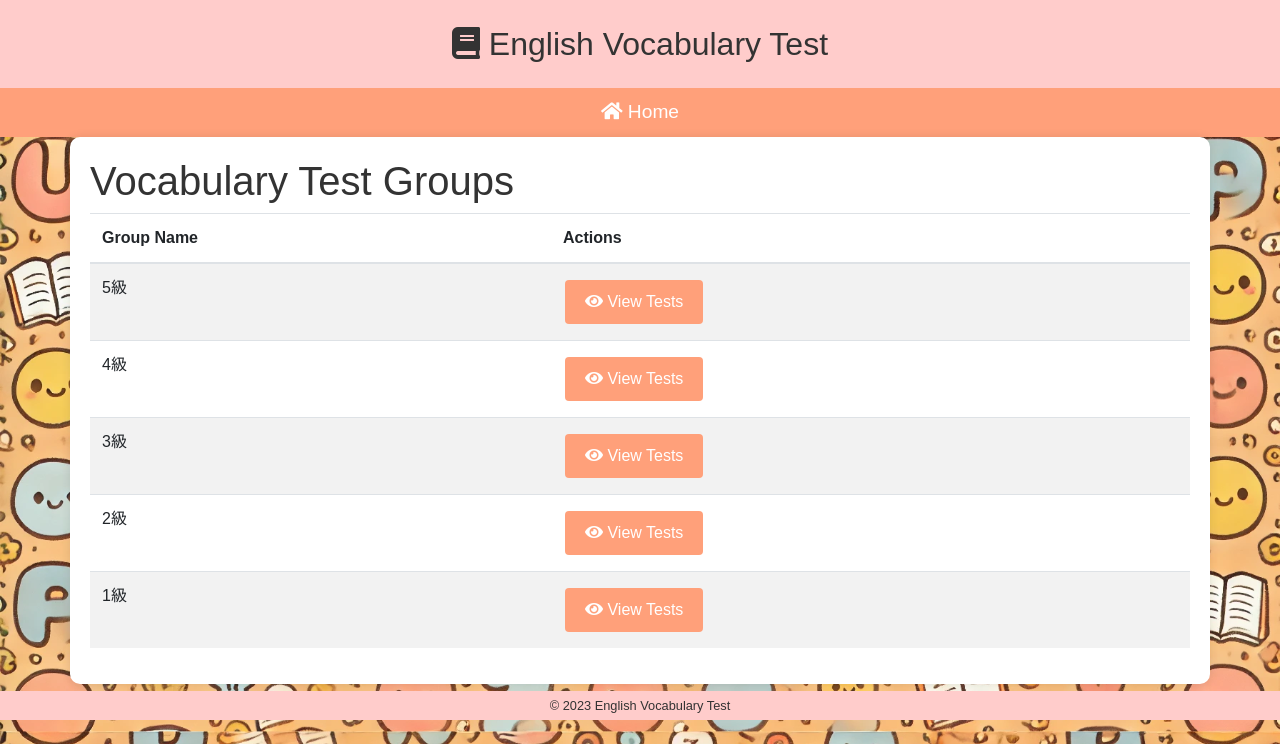
Repository: YamatoGH/testapp
Page: http://localhost/
The author's editor kept a copy of each file at every save. The page is drawn from the files as they stood at one save, then again after the next save.
The browser window is 1280 px wide. The pictures show the whole page.
Backgrounds fixed to the window are drawn as part of the page. The page is served by the project's application, run on Django 5.2 (manage.py). Other server files are loaded and not shown. The page reads the database file committed with the project.

Above is the page before, as saved 2024-07-21 11:04:33.

### testapp/templates/testapp/home.html
{% extends "testapp/base.html" %}

{% block title %}Home{% endblock %}

{% block content %}
<h1>Vocabulary Test Groups</h1>
<table class="table table-striped table-hover">
    <thead>
        <tr>
            <th>Group Name</th>
            <th>Actions</th>
        </tr>
    </thead>
    <tbody>
        {% for group in groups %}
        <tr>
            <td>{{ group.name }}</td>
            <td><a href="{% url 'group_tests' group.id %}" class="btn btn-custom"><i class="fas fa-eye"></i> View Tests</a></td>
        </tr>
        {% endfor %}
    </tbody>
</table>
{% endblock %}

<div class="fixed-buttons">
    <!-- すべてのテストを表示するボタン -->
    <a href="{% url 'all_tests' %}" class="btn btn-custom all-tests-button"><i class="fas fa-list"></i> View All Tests</a>

    <!-- すべての生徒を表示するボタン -->
    <a href="{% url 'student_list' %}" class="btn btn-custom view-all-students-button"><i class="fas fa-users"></i> View All Students</a>

    <!-- 新しいテストを作成するボタン -->
    <a href="{% url 'create_test' %}" class="btn btn-custom create-test-button"><i class="fas fa-plus"></i> Create New Test</a>
</div>

### testapp/templates/testapp/base.html
<!DOCTYPE html>
<html>
<head>
    {% load static %}
    <title>{% block title %}English Vocabulary Test{% endblock %}</title>
    <link rel="stylesheet" href="https://stackpath.bootstrapcdn.com/bootstrap/4.3.1/css/bootstrap.min.css">
    <link rel="stylesheet" href="https://cdnjs.cloudflare.com/ajax/libs/font-awesome/5.15.3/css/all.min.css">
    <link rel="stylesheet" type="text/css" href="{% static 'testapp/css/style.css' %}">
</head>
<body>
    <header>
        <i class="fas fa-book"></i> English Vocabulary Test
    </header>
    <nav>
        <a href="{% url 'home' %}"><i class="fas fa-home"></i> Home</a>
    </nav>
    <div class="container">
        {% block content %}{% endblock %}
    </div>
    <footer>
        &copy; 2023 English Vocabulary Test
    </footer>
</body>
<script>
    document.addEventListener("DOMContentLoaded", function() {
        var coll = document.getElementsByClassName("collapsible");
        for (var i = 0; i < coll.length; i++) {
            coll[i].addEventListener("click", function() {
                this.classList.toggle("active");
                var content = this.nextElementSibling;
                if (content.style.display === "block") {
                    content.style.display = "none";
                } else {
                    content.style.display = "block";
                }
            });
        }
    });
</script>
</html>

### testapp/models.py
from django.db import models

class Group(models.Model):
    name = models.CharField(max_length=100)

    def __str__(self):
        return self.name

class Test(models.Model):
    title = models.CharField(max_length=100)
    description = models.TextField(null=True, blank=True)
    words = models.ManyToManyField('Word', blank=True)
    group = models.ForeignKey(Group, on_delete=models.CASCADE, related_name='tests', null=True, blank=True)

    def __str__(self):
        return self.title

class Word(models.Model):
    word = models.CharField(max_length=100)
    meaning = models.CharField(max_length=255)

    def __str__(self):
        return self.word

class Student(models.Model):
    name = models.CharField(max_length=100)

    def __str__(self):
        return f"{self.name} "

### testapp/views.py
import csv
import pandas as pd
from django.shortcuts import render, redirect, get_object_or_404
from django.forms import formset_factory
from .forms import TestForm, WordForm
from .models import Word, Test, Group, Student
import random

def create_test(request):
    WordFormSet = formset_factory(WordForm, extra=1)
    if request.method == 'POST':
        form = TestForm(request.POST, request.FILES)
        formset = WordFormSet(request.POST, prefix='words')
        if form.is_valid() and formset.is_valid():
            test = form.save(commit=False)
            test.save()
            for word_form in formset:
                word = word_form.cleaned_data.get('word')
                meaning = word_form.cleaned_data.get('meaning')
                if word and meaning:
                    word_obj, created = Word.objects.get_or_create(word=word, meaning=meaning)
                    test.words.add(word_obj)
            if 'file' in request.FILES:
                file = request.FILES['file']
                if file.name.endswith('.csv'):
                    reader = csv.reader(file.read().decode('utf-8').splitlines())
                    for row in reader:
                        if len(row) == 2:
                            word, meaning = row
                            word_obj, created = Word.objects.get_or_create(word=word.strip(), meaning=meaning.strip())
                            test.words.add(word_obj)
                elif file.name.endswith('.xlsx'):
                    df = pd.read_excel(file)
                    for _, row in df.iterrows():
                        if len(row) >= 2:
                            word, meaning = row[0], row[1]
                            word_obj, created = Word.objects.get_or_create(word=word.strip(), meaning=meaning.strip())
                            test.words.add(word_obj)
            return redirect('home')
    else:
        form = TestForm()
        formset = WordFormSet(prefix='words')
    return render(request, 'testapp/create_test.html', {'form': form, 'formset': formset})

def all_tests(request):
    tests = Test.objects.all()
    return render(request, 'testapp/all_tests.html', {'tests': tests})

def group_tests(request, group_id):
    group = get_object_or_404(Group, id=group_id)
    tests = group.tests.all()  # 'tests' は 'related_name' に基づく
    return render(request, 'testapp/group_tests.html', {'group': group, 'tests': tests})

def home(request):
    groups = Group.objects.all()
    return render(request, 'testapp/home.html', {'groups': groups})

def test_detail(request, test_id):
    test = get_object_or_404(Test, id=test_id)
    words = test.words.all()
    return render(request, 'testapp/test_detail.html', {'test': test, 'words': words})

def print_test(request, test_id, start_index, end_index, shuffle):
    test = get_object_or_404(Test, id=test_id)
    words = list(test.words.all())
    if shuffle == 'yes':
        random.shuffle(words)
    words = words[start_index:end_index]
    return render(request, 'testapp/print_test.html', {'test': test, 'words': words})

def print_test_with_answers(request, test_id, start_index, end_index, shuffle):
    test = get_object_or_404(Test, id=test_id)
    words = list(test.words.all())
    if shuffle == 'yes':
        random.shuffle(words)
    words = words[start_index:end_index]
    return render(request, 'testapp/print_test_with_answers.html', {'test': test, 'words': words})

def student_list(request):
    students = Student.objects.all()
    return render(request, 'testapp/student_list.html', {'students': students})

### vocab_test/urls.py
"""
URL configuration for vocab_test project.

The `urlpatterns` list routes URLs to views. For more information please see:
    https://docs.djangoproject.com/en/5.0/topics/http/urls/
Examples:
Function views
    1. Add an import:  from my_app import views
    2. Add a URL to urlpatterns:  path('', views.home, name='home')
Class-based views
    1. Add an import:  from other_app.views import Home
    2. Add a URL to urlpatterns:  path('', Home.as_view(), name='home')
Including another URLconf
    1. Import the include() function: from django.urls import include, path
    2. Add a URL to urlpatterns:  path('blog/', include('blog.urls'))
"""
from django.contrib import admin
from django.urls import include, path

urlpatterns = [
    path('admin/', admin.site.urls),
    path('', include('testapp.urls')),
]

### testapp/urls.py
from django.conf import settings
from django.conf.urls.static import static
from django.urls import path
from . import views

urlpatterns = [
    path('', views.home, name='home'),
    path('test/<int:test_id>/', views.test_detail, name='test_detail'),
    path('print-test/<int:test_id>/<int:start_index>/<int:end_index>/<str:shuffle>/', views.print_test, name='print_test'),
    path('print-test-with-answers/<int:test_id>/<int:start_index>/<int:end_index>/<str:shuffle>/', views.print_test_with_answers, name='print_test_with_answers'),
    path('create-test/', views.create_test, name='create_test'),
    path('group-tests/<int:group_id>/', views.group_tests, name='group_tests'),
    path('all-tests/', views.all_tests, name='all_tests'),
    path('students/', views.student_list, name='student_list'),
]

if settings.DEBUG:
    urlpatterns += static(settings.STATIC_URL, document_root=settings.STATIC_ROOT)

### testapp/static/testapp/css/style.css
body {
    font-family: 'Comic Sans MS', cursive, sans-serif;
    background-color: #f0f8ff;
    color: #333;
    margin: 0;
    padding: 0;
    background-image: url('/static/testapp/images/background.jpg'); /* ここに背景画像のURLを入力 */
    background-size: cover;
    background-repeat: no-repeat;
    background-attachment: fixed; /* 背景画像を固定 */
    display: flex;
    flex-direction: column;
    min-height: 100vh;
}

header {
    background-color: #ffcccb;
    padding: 20px;
    text-align: center;
    font-size: 2em;
    color: #333;
}

nav {
    background-color: #ffa07a;
    padding: 10px;
    text-align: center;
}

nav a {
    margin: 0 15px;
    color: #fff;
    text-decoration: none;
    font-size: 1.2em;
}

nav a:hover {
    text-decoration: underline;
}

.container {
    flex: 1;  /* Main content will take all available space */
    padding: 20px;
    background-color: rgba(255, 255, 255, 1.0);
    border-radius: 10px;
    box-shadow: 0 0 10px rgba(0, 0, 0, 0.1);
    margin-bottom: 60px;  /* Add some space at the bottom to avoid overlap with the footer */
}

footer {
    background-color: #ffcccb;
    padding: 5px;  /* Adjusted padding */
    text-align: center;
    font-size: 0.8em;  /* Adjusted font size */
    position: fixed;
    width: 100%;
    bottom: 0;
}

.btn-custom {
    background-color: #ffa07a;
    border: none;
    color: white;
    padding: 10px 20px;
    text-align: center;
    text-decoration: none;
    display: inline-block;
    font-size: 16px;
    margin: 4px 2px;
    transition-duration: 0.4s;
    cursor: pointer;
}

.btn-custom:hover {
    background-color: white;
    color: black;
    border: 2px solid #ffa07a;
}

.collapsible {
    cursor: pointer;
    padding: 10px;
    width: 100%;
    border: none;
    text-align: center;
    outline: none;
    font-size: 1em;
}

.active, .collapsible:hover {
    background-color: #ddd;
}

.collapsible-content {
    display: none;
    overflow: hidden;
    padding: 0 10px;
}

.fixed-buttons {
    position: fixed;
    bottom: 20px;
    right: 20px;
    display: flex;
    gap: 20px;
}

.all-tests-button, .create-test-button, .view-all-students-button {
    background-color: #007bff;
    color: white;
    padding: 10px 20px;
    border-radius: 5px;
    text-decoration: none;
    box-shadow: 0 2px 5px rgba(0,0,0,0.2);
    transition: background-color 0.3s ease;
    z-index: 1000;  /* Ensure buttons are above other content */
}

.all-tests-button:hover, .create-test-button:hover, .view-all-students-button:hover {
    background-color: #0056b3;
}

### db.sqlite3 (the tables this page reads, as SQL)
CREATE TABLE "testapp_group" ("id" integer NOT NULL PRIMARY KEY AUTOINCREMENT, "name" varchar(100) NOT NULL);
INSERT INTO "testapp_group" VALUES
(3, '5級'),
(5, '4級'),
(6, '3級'),
(7, '2級'),
(8, '1級');

After the next save:
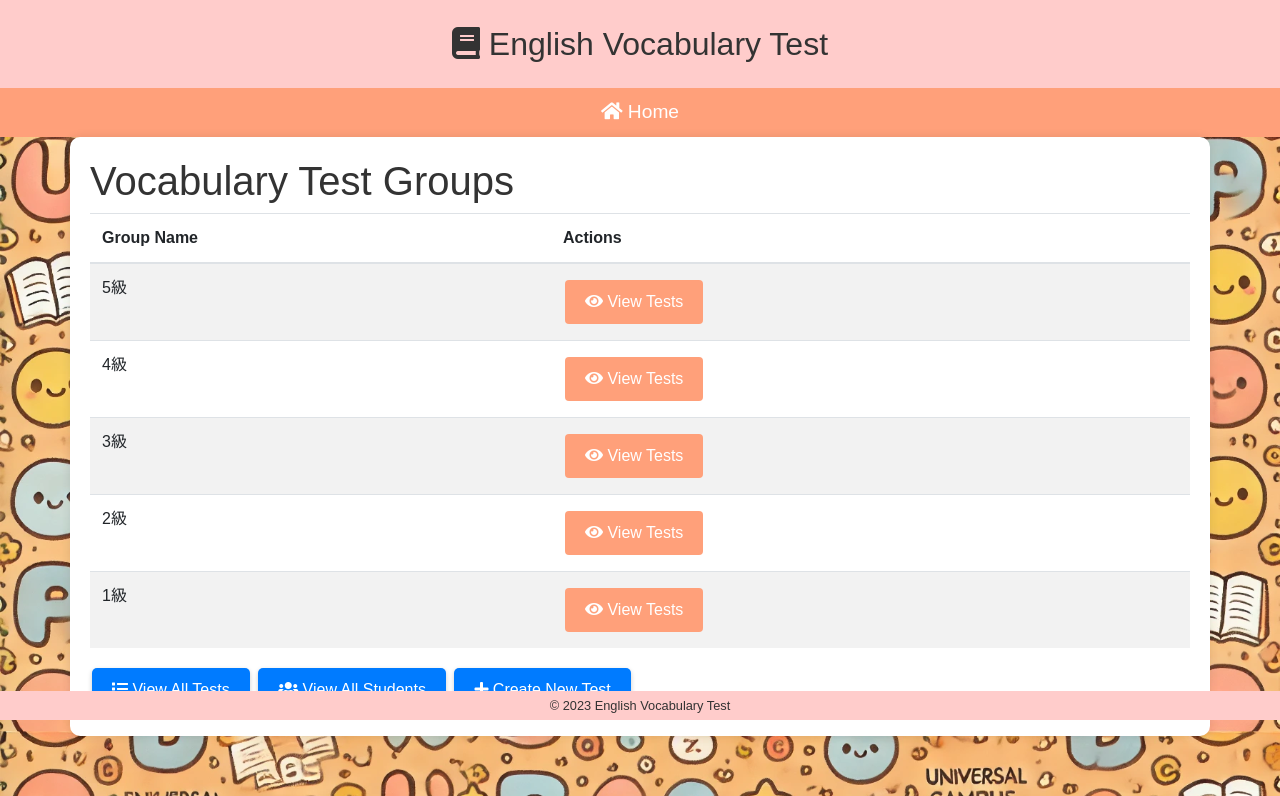
Saved 105 s later.
--- a/testapp/templates/testapp/home.html
+++ b/testapp/templates/testapp/home.html
@@ -20,15 +20,14 @@
         {% endfor %}
     </tbody>
 </table>
+
+<!-- すべてのテストを表示するボタン -->
+<a href="{% url 'all_tests' %}" class="btn btn-custom all-tests-button"><i class="fas fa-list"></i> View All Tests</a>
+
+<!-- すべての生徒を表示するボタン -->
+<a href="{% url 'student_list' %}" class="btn btn-custom view-all-students-button"><i class="fas fa-users"></i> View All Students</a>
+
+<!-- 新しいテストを作成するボタン -->
+<a href="{% url 'create_test' %}" class="btn btn-custom create-test-button"><i class="fas fa-plus"></i> Create New Test</a>
+
 {% endblock %}
-
-<div class="fixed-buttons">
-    <!-- すべてのテストを表示するボタン -->
-    <a href="{% url 'all_tests' %}" class="btn btn-custom all-tests-button"><i class="fas fa-list"></i> View All Tests</a>
-
-    <!-- すべての生徒を表示するボタン -->
-    <a href="{% url 'student_list' %}" class="btn btn-custom view-all-students-button"><i class="fas fa-users"></i> View All Students</a>
-
-    <!-- 新しいテストを作成するボタン -->
-    <a href="{% url 'create_test' %}" class="btn btn-custom create-test-button"><i class="fas fa-plus"></i> Create New Test</a>
-</div>
